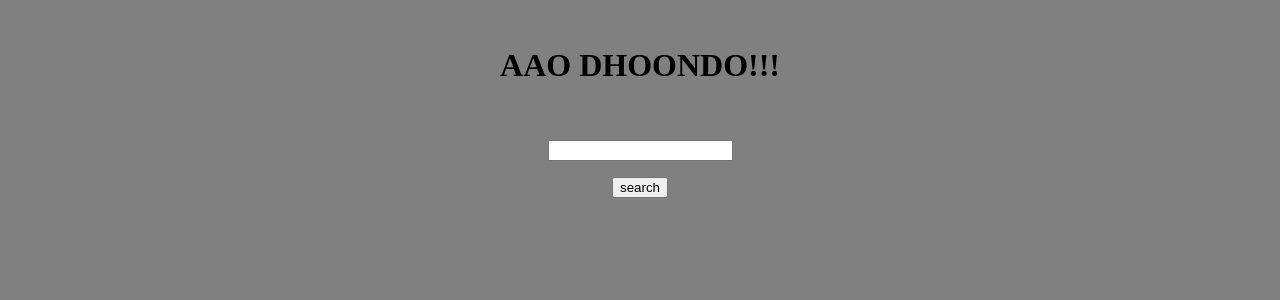
Repository: talkgunish/JAVA-WORLD
Page: advance_java/my_eclipse_java_proj/cookie_session/Search_on_google/WebContent/search_page.html
An editor plug-in stored every save of this project. The page is shown before and after the next save, followed by the edit.
The browser window is 1280 px wide. The pictures show the whole page.

Above is the page before, as saved 2018-06-20 04:21:59.

After the next save:
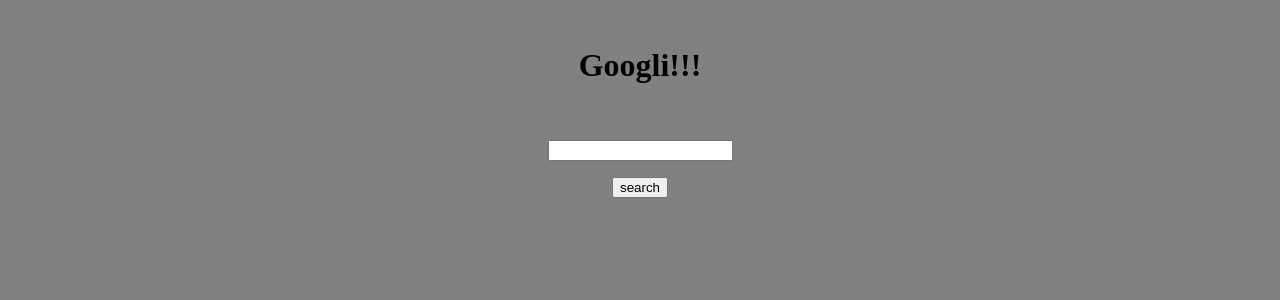
Saved 68 s later.
--- a/advance_java/my_eclipse_java_proj/cookie_session/Search_on_google/WebContent/search_page.html
+++ b/advance_java/my_eclipse_java_proj/cookie_session/Search_on_google/WebContent/search_page.html
@@ -6,7 +6,7 @@
 </head>
 <body bgcolor="grey" align="center">
 <form action="go" method="post">
-<br><h1 align="center">AAO DHOONDO!!!</h1><br>
+<br><h1 align="center">Googli!!!</h1><br>
 <p align="center"><input type="text" name="search"></p>
 <p align="center"><input type="submit" value="search"> </p>
 </form>
